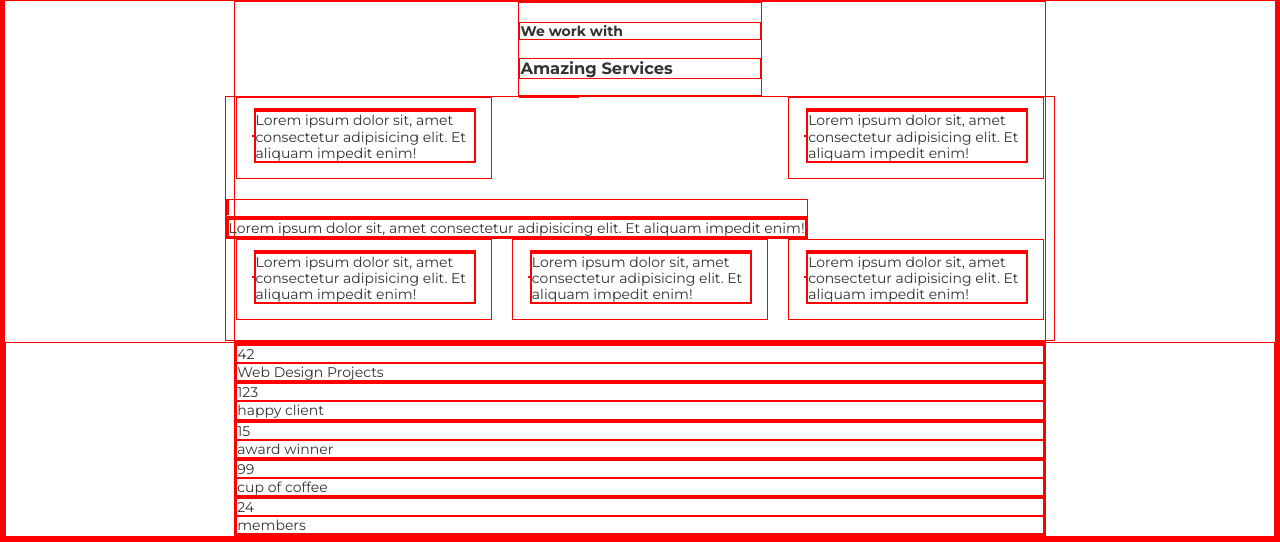
Repository: nataliiasaltan/Homework
Page: index.html
These files come from the project's save history. The page is drawn as it stood at one moment and after the next save; the edit follows.
The browser window is 1280 px wide. The pictures show the part of the page from y = 901 to 1443 px (the page is 1443 px tall before and 1403 px after).

Above is the page before, as saved 2020-02-27 08:25:43.

After the next save:
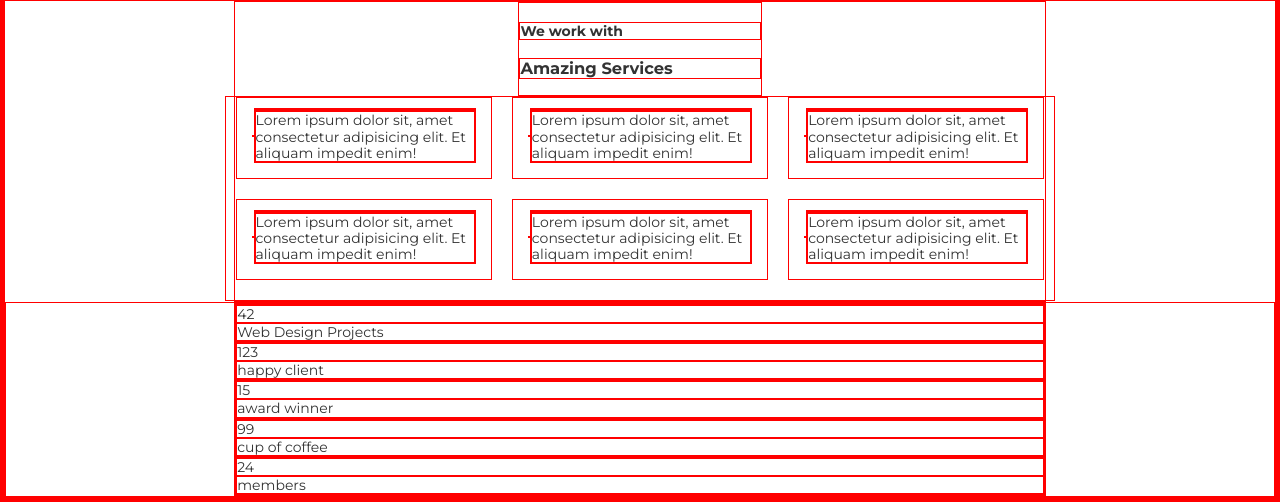
Saved 5 min 14 s later.
--- a/index.html
+++ b/index.html
@@ -81,7 +81,7 @@
                                         enim!</div>
                                 </div>
                             </div>
-                            <div class="development__">
+                            <div class="development">
                                 <i class="icon-service"></i>
                                 <div class="development____inner">
                                     <div class="name"></div>
